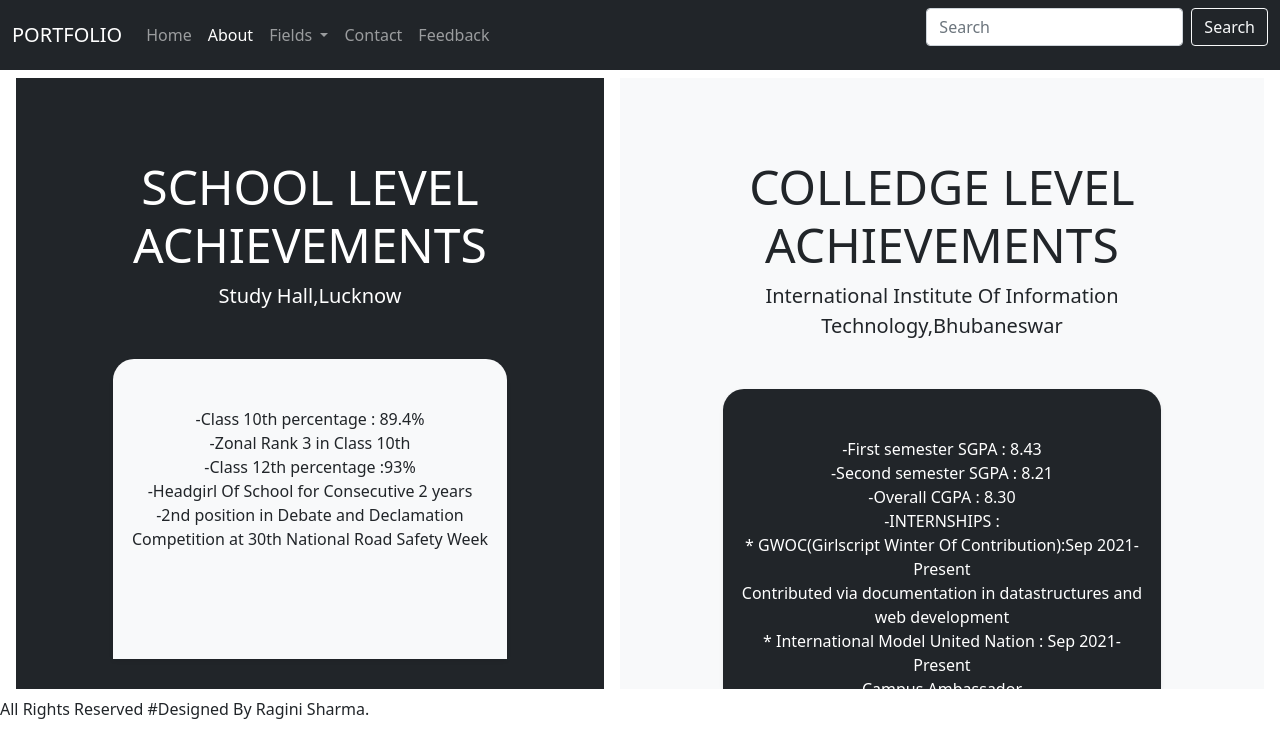
Repository: ishaan51551/Ishaan-s-Portfolio-
Page: about.html
These files come from the project's save history. The page is drawn as it stood at one moment and after the next save; the edit follows.
The browser window is 1280 px wide. The pictures show the whole page.

Above is the page before, as saved 2023-09-13 01:45:12.

After the next save:
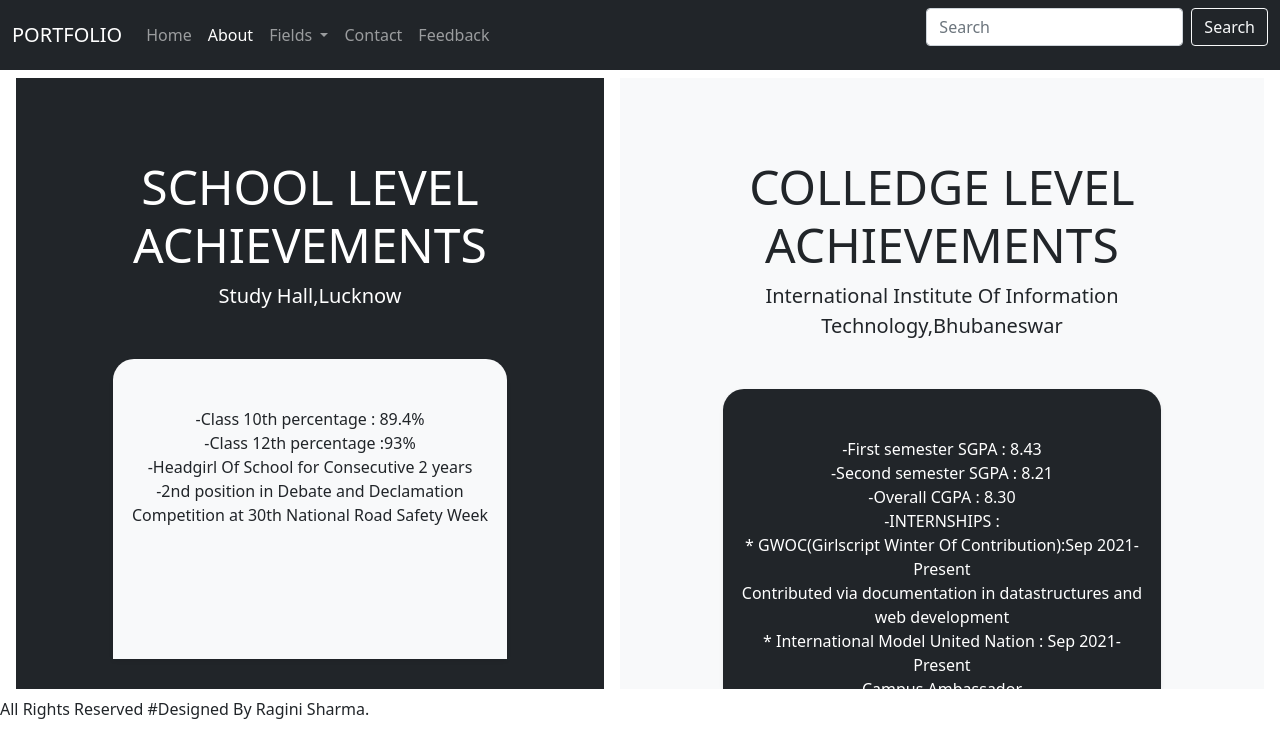
Saved 13 s later.
--- a/about.html
+++ b/about.html
@@ -77,7 +77,6 @@
       </div>
       <div class="bg-light shadow-sm mx-auto" style="width: 80%; height: 300px; border-radius: 21px 21px 0 0;">
         <p class="dance text-dark overfow-hidden text-center px-3 py-5">-Class 10th percentage : 89.4%</br>
-            -Zonal Rank 3 in Class 10th</br>
     -Class 12th percentage :93%</br>
     -Headgirl Of School for Consecutive 2 years</br>
     -2nd position in Debate and Declamation Competition at 30th National Road Safety Week</br>
